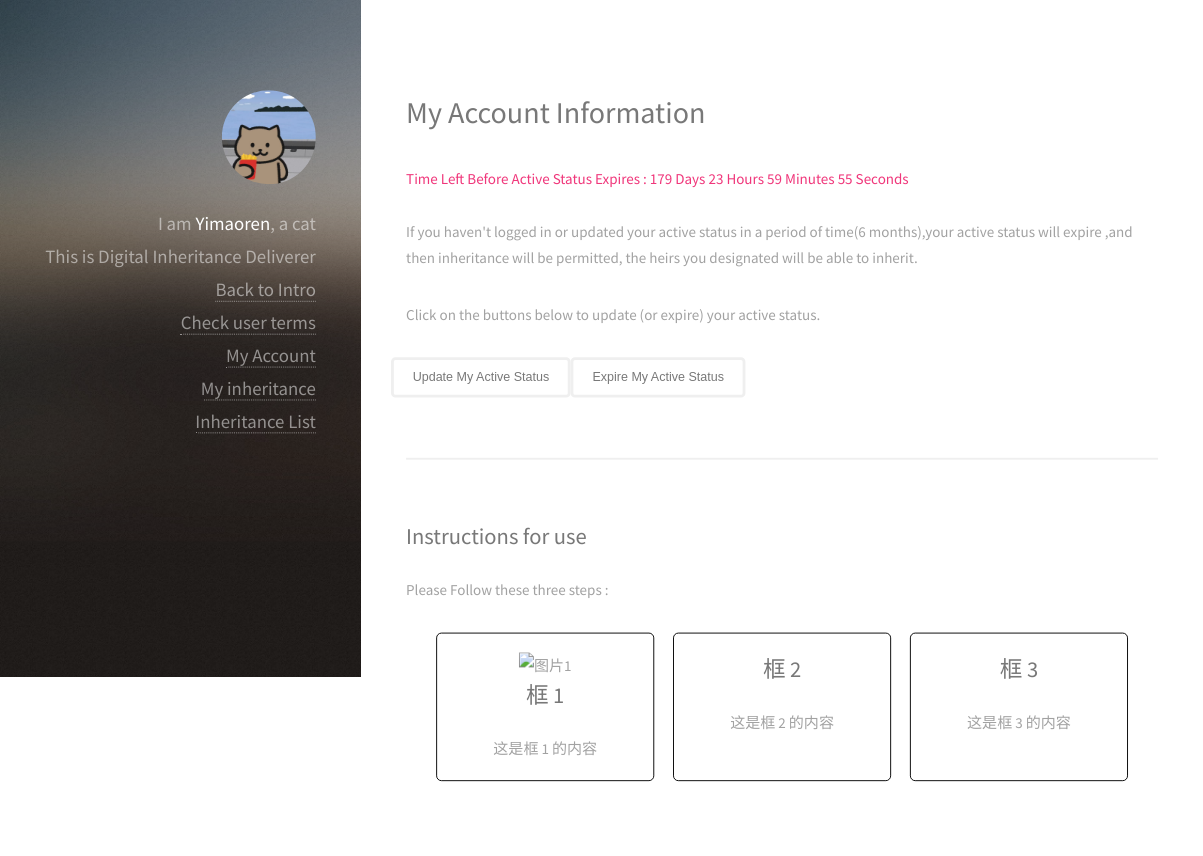
Repository: 1mocat/DID-blockchain-project
Page: Digital_I_D/app/src/myaccount.html
These files come from the project's save history. The page is drawn as it stood at one moment and after the next save; the edit follows.
The browser window is 1280 px wide. The pictures show the whole page, at 94% of full size.

Above is the page before, as saved 2023-10-02 17:10:20.
Not found: Digital_I_D/app/src/图片1的URL

After the next save:
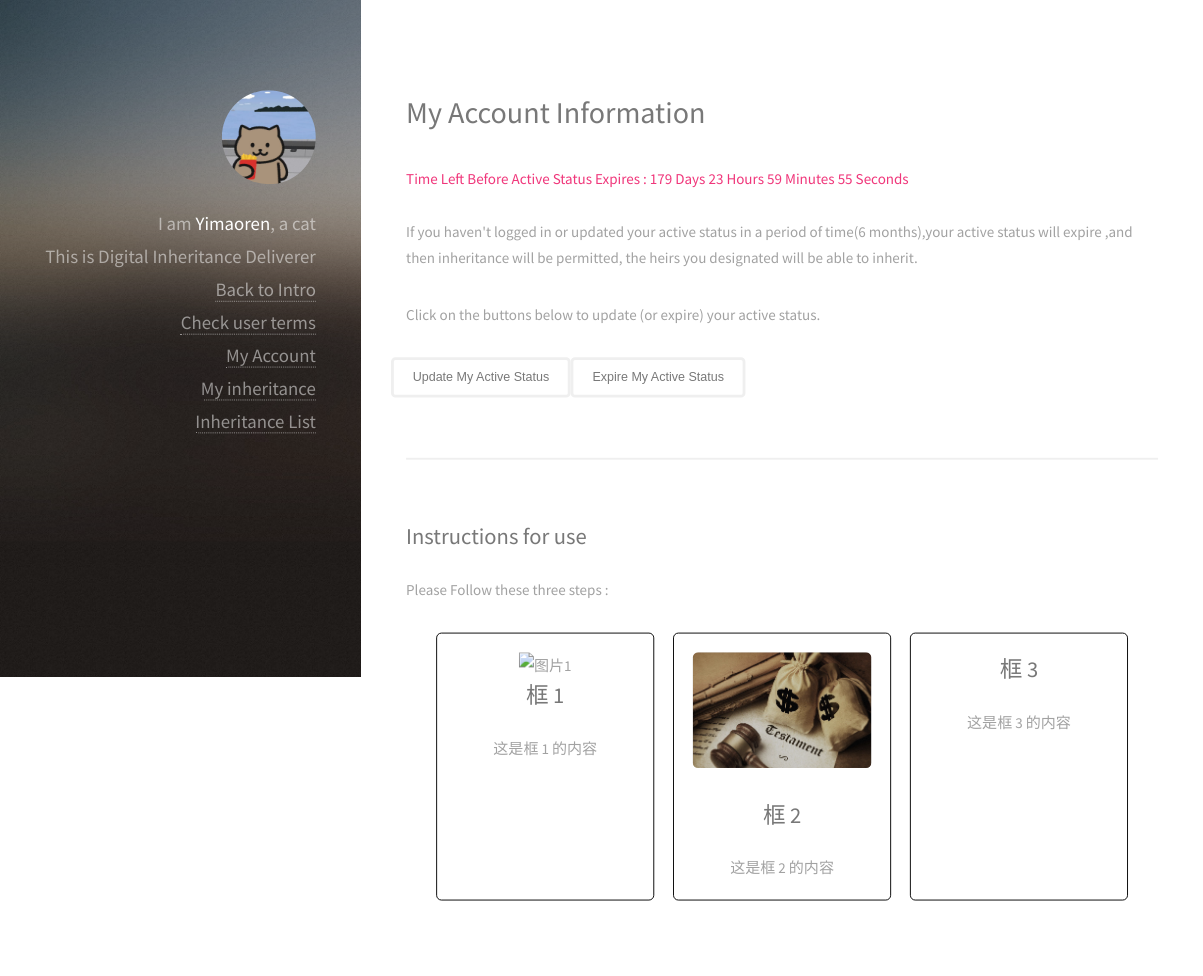
Saved 83 s later.
--- a/Digital_I_D/app/src/myaccount.html
+++ b/Digital_I_D/app/src/myaccount.html
@@ -114,6 +114,7 @@
 					<p>这是框 1 的内容</p>
 				</div>
 				<div class="box">
+					<a href="images/my_img/testament2.jpg" class="image fit"><img src="images/my_img/testament2.jpg" title="distribution" alt="" /></a>
 					<h2>框 2</h2>
 					<p>这是框 2 的内容</p>
 				</div>
